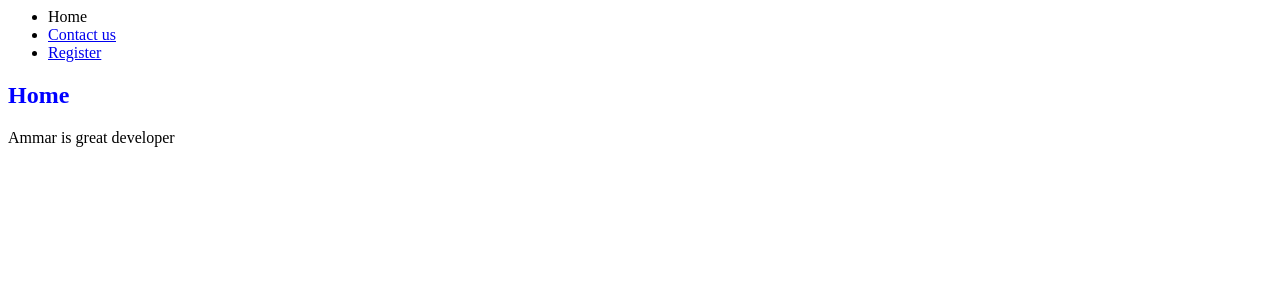
Repository: engammar111/css
Page: index.html
The author's editor kept a copy of each file at every save. The page is drawn from the files as they stood at one save, then again after the next save.
The browser window is 1280 px wide. The pictures show the whole page.

Above is the page before, as saved 2021-07-31 13:52:04.

### index.html
<html lang="en">
  <head>
    <link rel="stylesheet" href="style.css" />
    <title>css</title>
  </head>
  <body>
    <header>
      <nav>
        <ul>
          <li>Home</li>
          <li><a href="contactus.html">Contact us</a></li>
          <li><a href="register">Register</a></li>
        </ul>
      </nav>
    </header>
    <section>
      <h1>Home</h1>
      <p>Ammar is great developer</p>
    </section>
  </body>
</html>

### style.css
/* Selector {
    property : value;
} */

h1 {
  color: blue;
}

After the next save:
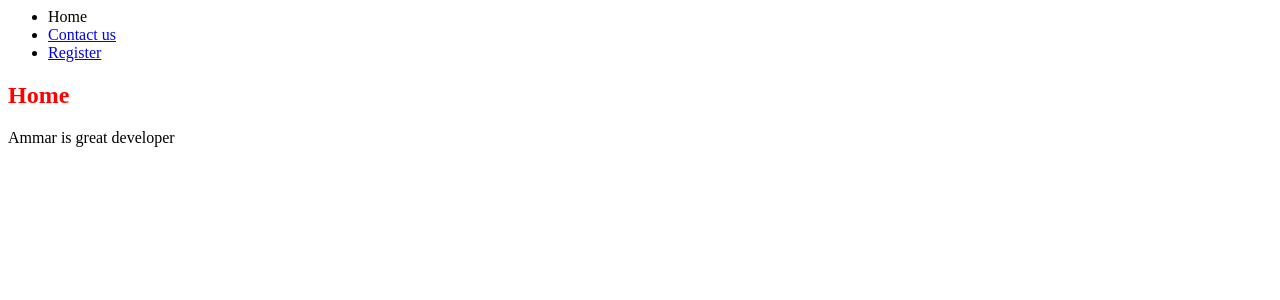
Saved 15 s later.
--- a/style.css
+++ b/style.css
@@ -3,5 +3,5 @@
 } */
 
 h1 {
-  color: blue;
+  color: red;
 }
